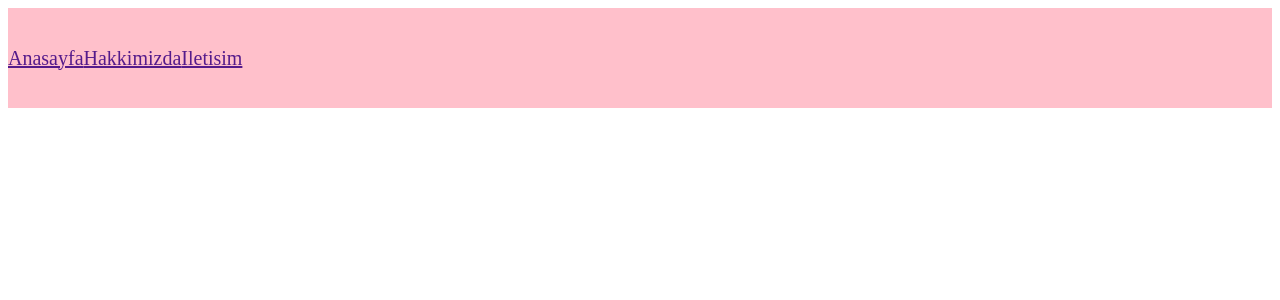
Repository: Kubraaygun/Html_Css_Login
Page: index.html
The author's editor kept a copy of each file at every save. The page is drawn from the files as they stood at one save, then again after the next save.
The browser window is 1280 px wide. The pictures show the whole page.

Above is the page before, as saved 2025-03-05 17:29:14.

After the next save:
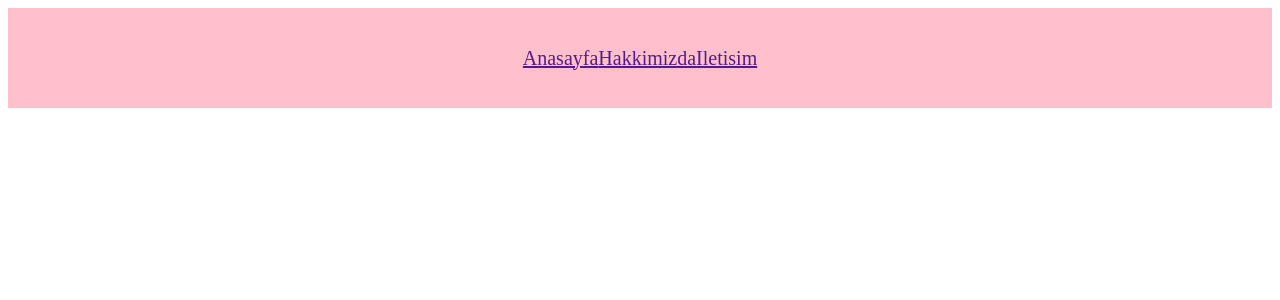
Saved 18 s later.
--- a/index.html
+++ b/index.html
@@ -9,7 +9,14 @@
 
   <body>
     <header style="background-color: pink">
-      <div style="height: 100px; display: flex; align-items: center">
+      <div
+        style="
+          height: 100px;
+          display: flex;
+          align-items: center;
+          justify-content: center;
+        "
+      >
         <a href="">Anasayfa</a>
         <a href="">Hakkimizda</a>
         <a href="">Iletisim</a>
